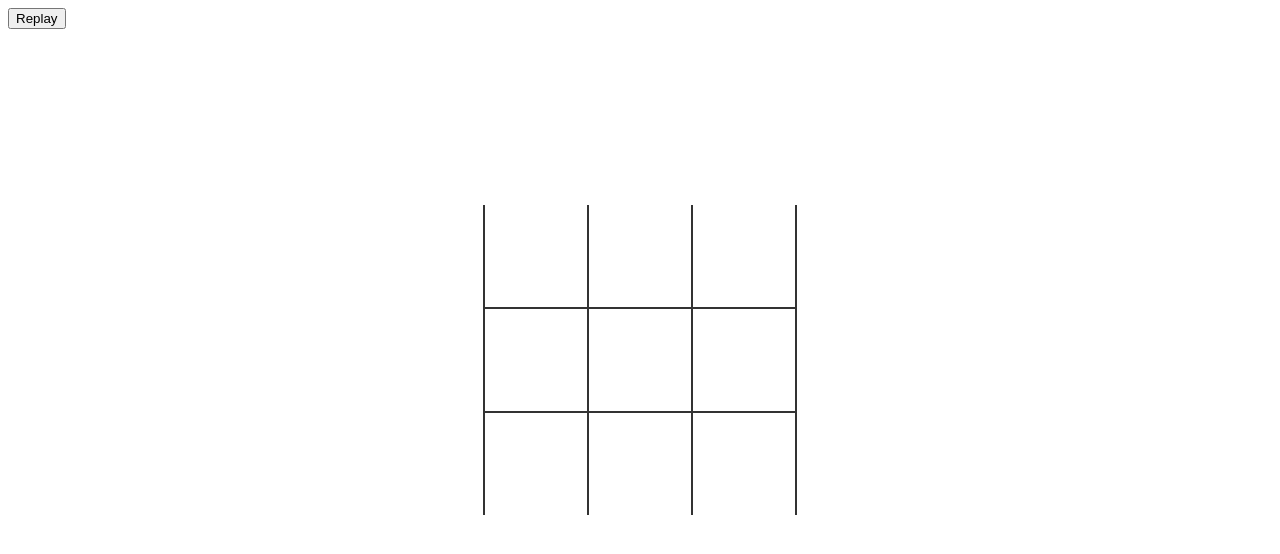
Repository: rahil001/preparation
Page: javascriptPrac/tic-tac-toe/index.html
An editor plug-in stored every save of this project. The page is shown before and after the next save, followed by the edit.
The browser window is 1280 px wide. The pictures show the whole page.

Above is the page before, as saved 2019-10-10 23:38:06.

### javascriptPrac/tic-tac-toe/index.html
<!DOCTYPE html>
<html lang="en">
<head>
    <meta charset="UTF-8">
    <meta name="viewport" content="width=device-width, initial-scale=1.0">
    <meta http-equiv="X-UA-Compatible" content="ie=edge">
    <title>Tic Tac Toe</title>
    <link rel="stylesheet" href="style.css">
</head>
<body>
    <table>
        <tr>
            <td class="cell" id="0"></td>
            <td class="cell" id="1"></td>
            <td class="cell" id="2"></td>
        </tr>
        <tr>
            <td class="cell" id="3"></td>
            <td class="cell" id="4"></td>
            <td class="cell" id="5"></td>
        </tr>
        <tr>
            <td class="cell" id="6"></td>
            <td class="cell" id="8"></td>
            <td class="cell" id="9"></td>
        </tr>
        <div class="endgame">
            <div class="text"></div>
        </div>
        <button onclick="startGame()">Replay</button>
    </table>
    <script src="script.js"></script>
</body>
</html>

### javascriptPrac/tic-tac-toe/style.css
td {
    border: 2px solid #333;
    height: 100px;
    width: 100px;
    text-align: center;
    vertical-align: middle;
    cursor: pointer;
}

table {
    border-collapse: collapse;
    position: absolute;
    left: 50%;
    top: 50%;
    transform: translate(-50%, -50%);
}
table tr:first-child td {
    border-top: none;
}

table tr:last-child td {
    border-bottom: none;
}

Loaded but not shown: javascriptPrac/tic-tac-toe/script.js (no stored copy; drawn as an empty file)

After the next save:
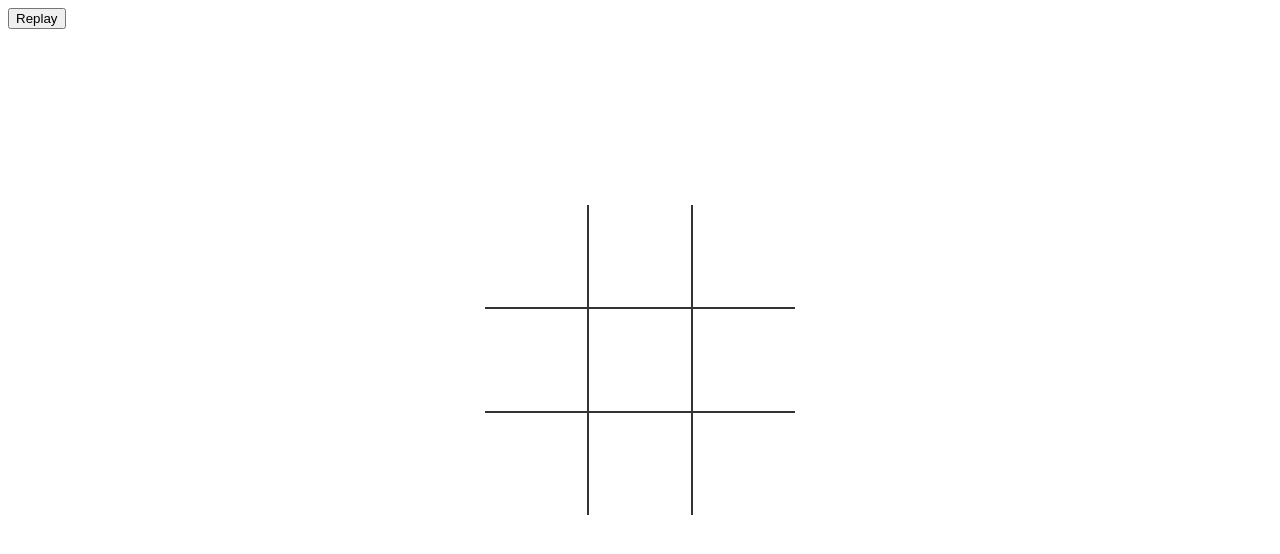
Saved 53 s later.
--- a/javascriptPrac/tic-tac-toe/style.css
+++ b/javascriptPrac/tic-tac-toe/style.css
@@ -21,3 +21,11 @@
 table tr:last-child td {
     border-bottom: none;
 }
+
+table tr td:first-child {
+    border-left: none;
+}
+
+table tr td:last-child {
+    border-right: none;
+}
